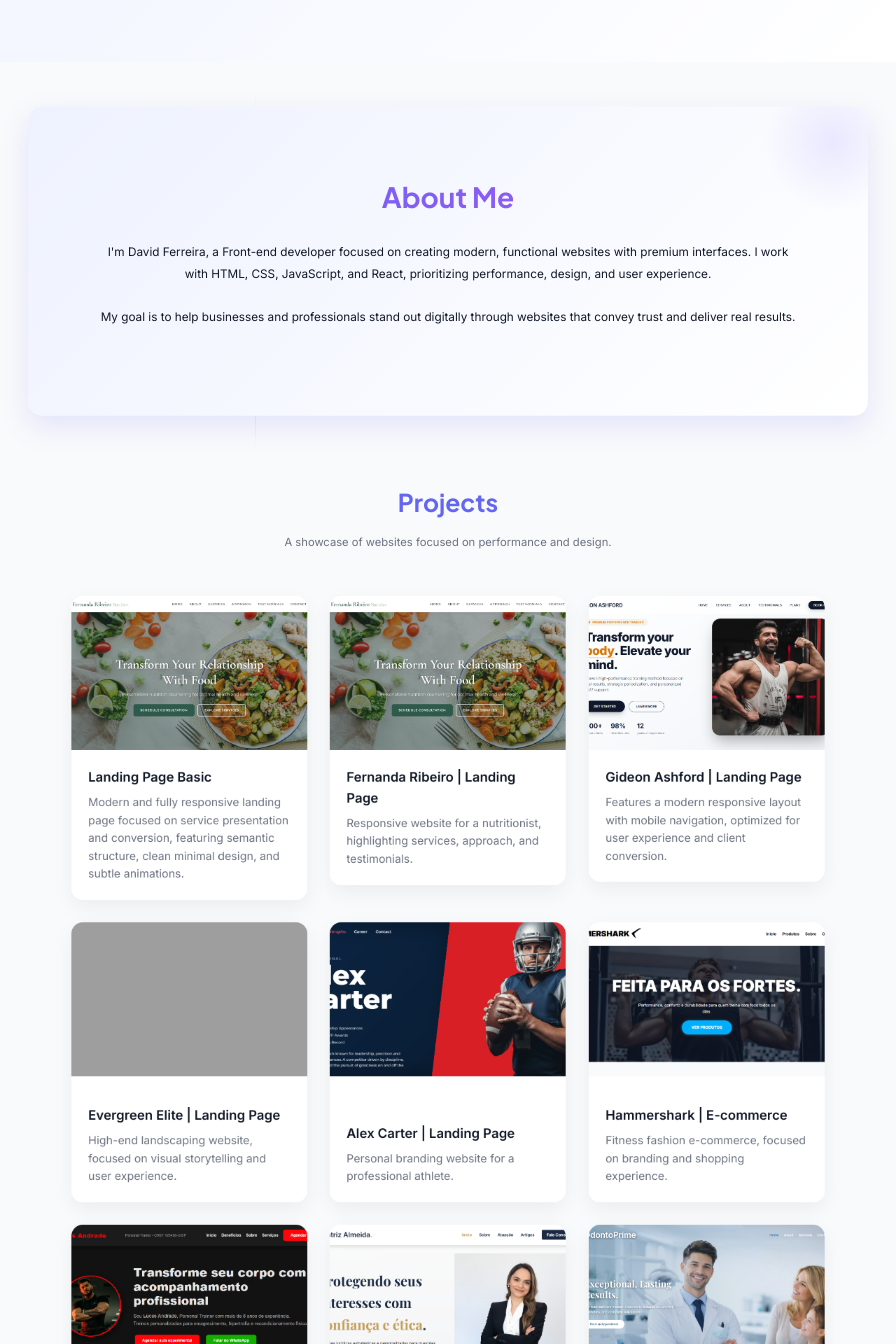
Repository: davidfsillva/portifolio
Page: index.html
The author's editor kept a copy of each file at every save. The page is drawn from the files as they stood at one save, then again after the next save.
The browser window is 1280 px wide. The pictures show the part of the page from y = 632 to 2552 px (the page is 3843 px tall), at 70% of full size.
Pictures or frames that could not be fetched are drawn as grey boxes.

Above is the page before, as saved 2026-02-21 17:35:50.
Console error: TypeError: Cannot read properties of null (reading 'addEventListener')

After the next save:
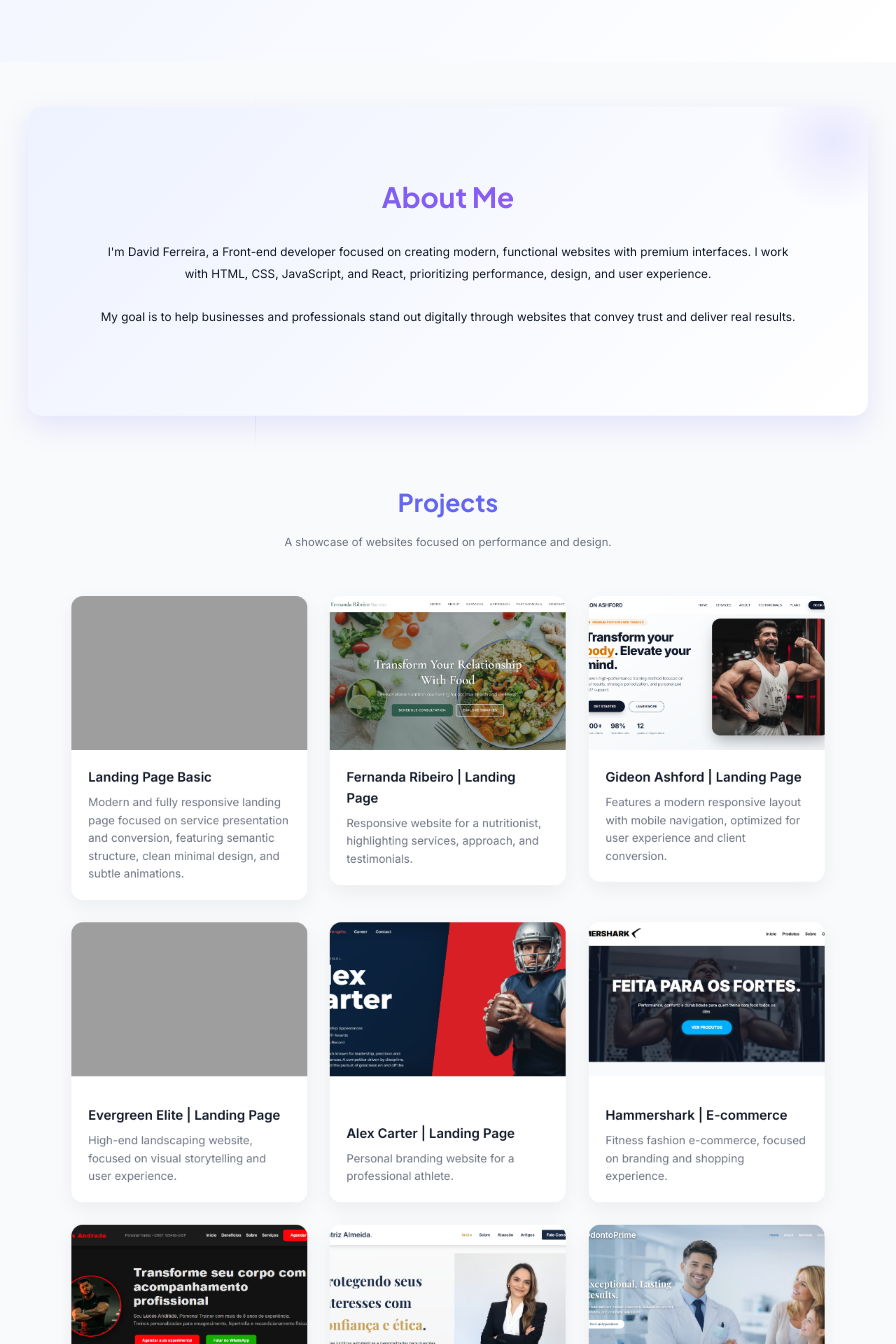
Saved 49 min 33 s later.
--- a/index.html
+++ b/index.html
@@ -85,7 +85,7 @@
             <a href="https://davidfsillva.github.io/Jason-Brooks/" target="_blank" class="project-link">
                 <div class="project-card">
                     <div class="card-image">
-                        <img src="img/nutri.png" alt="Gideon Ashford">
+                        <img src="img/" alt="Gideon Ashford">
                         <div class="card-overlay"><span>View Details</span></div>
                     </div>
                     <div class="card-info">
